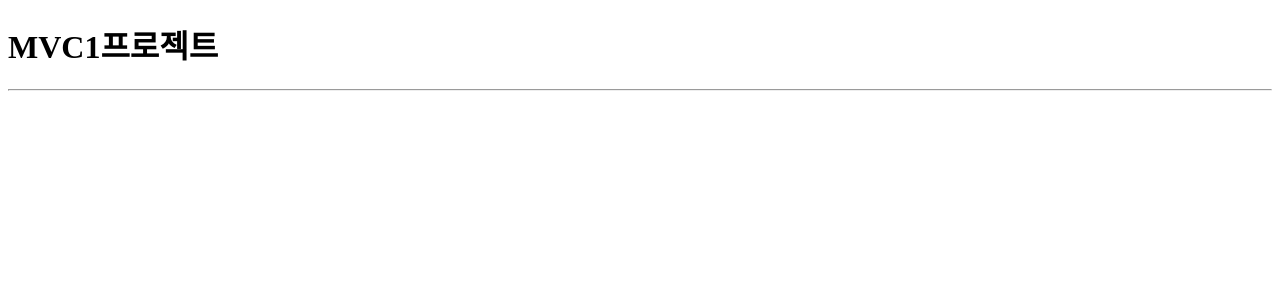
Repository: ParkHyeonju12/servlet
Page: http://localhost/05_mvc1Project/
An editor plug-in stored every save of this project. The page is shown before and after the next save, followed by the edit.
The browser window is 1280 px wide. The pictures show the whole page.
The page is served by Tomcat 9. Other server files are loaded and not shown.

Above is the page before, as saved 2022-08-30 07:39:41.

### web-workspace/05_mvc1Project/src/main/webapp/index.jsp
<%@ page language="java" contentType="text/html; charset=UTF-8"
    pageEncoding="UTF-8"%>
<!DOCTYPE html>
<html>
<head>
<meta charset="UTF-8">
<title>Insert title here</title>
</head>
<body>
	<h1>MVC1프로젝트</h1>
	<hr>
</body>
</html>

After the next save:
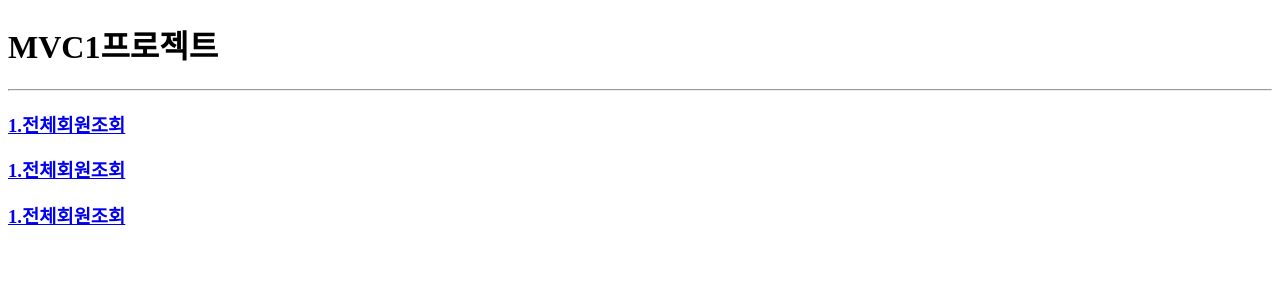
Saved 48 s later.
--- a/web-workspace/05_mvc1Project/src/main/webapp/index.jsp
+++ b/web-workspace/05_mvc1Project/src/main/webapp/index.jsp
@@ -9,5 +9,8 @@
 <body>
 	<h1>MVC1프로젝트</h1>
 	<hr>
+	<h3><a href="#">1.전체회원조회</a></h3>
+	<h3><a href="#">1.전체회원조회</a></h3>
+	<h3><a href="#">1.전체회원조회</a></h3>
 </body>
 </html>
